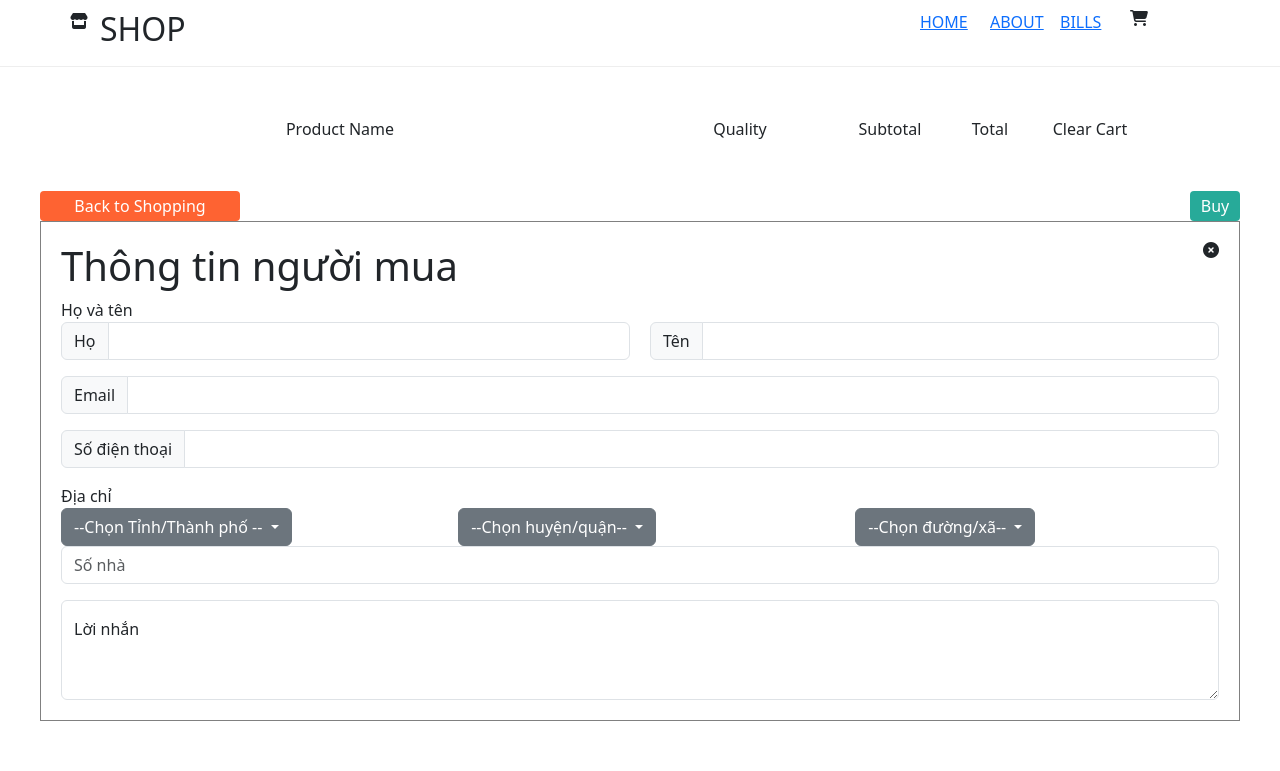
Repository: nguyenhaidang212/danh-sach-ban-hang
Page: index.html
The author's editor kept a copy of each file at every save. The page is drawn from the files as they stood at one save, then again after the next save.
The browser window is 1280 px wide. The pictures show the whole page.
Some web libraries are served in a nearby version.

Above is the page before, as saved 2023-02-10 14:50:36.

After the next save:
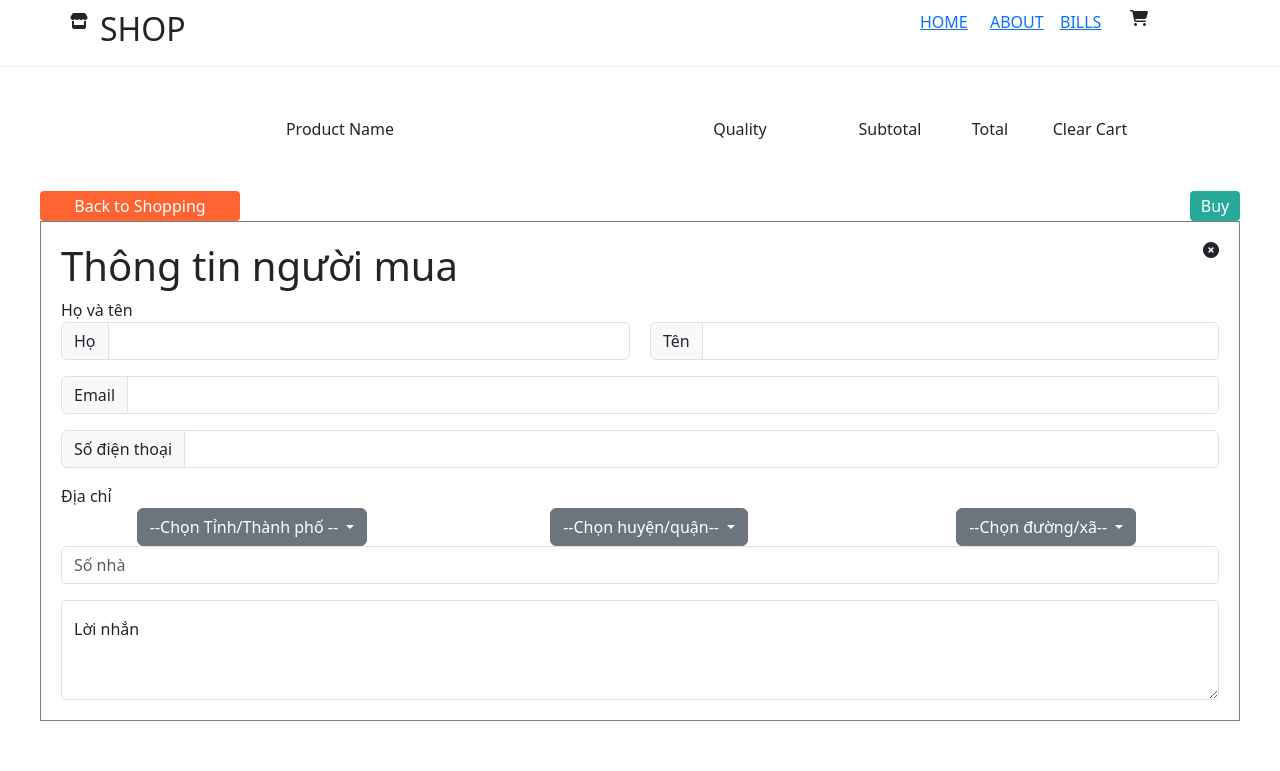
Saved 22 s later.
--- a/style.css
+++ b/style.css
@@ -179,3 +179,6 @@ main {
   grid-template-columns: 33% 33% 33%;
   column-gap: 15px;
 }
+.dropdown {
+  text-align: center;
+}
